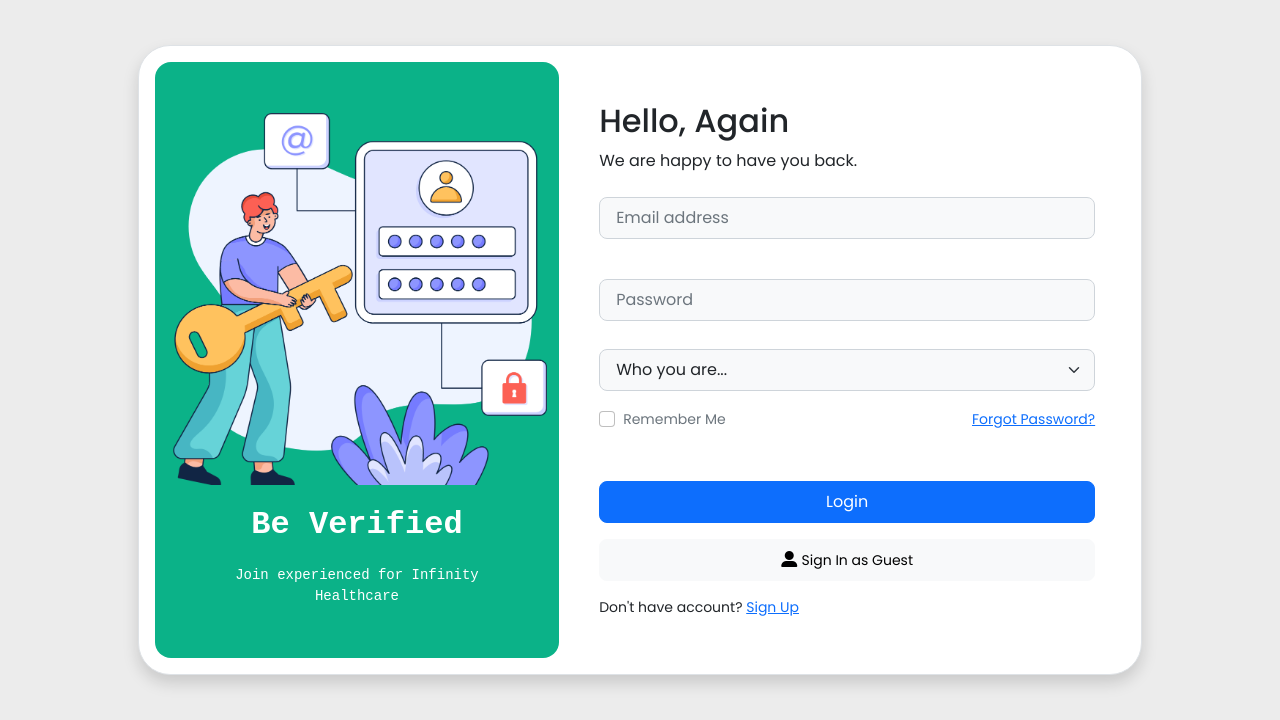
Repository: theonlymono/FitfinityHealthcareWebsiteJ2EE
Page: http://localhost/Fitfinity/LogInPage.jsp
These files come from the project's save history. The page is drawn as it stood at one moment and after the next save; the edit follows.
The browser window is 1280 px wide. The pictures show the whole page.
The page is served by Tomcat 9.

Above is the page before, as saved 2024-02-24 11:18:11.

After the next save:
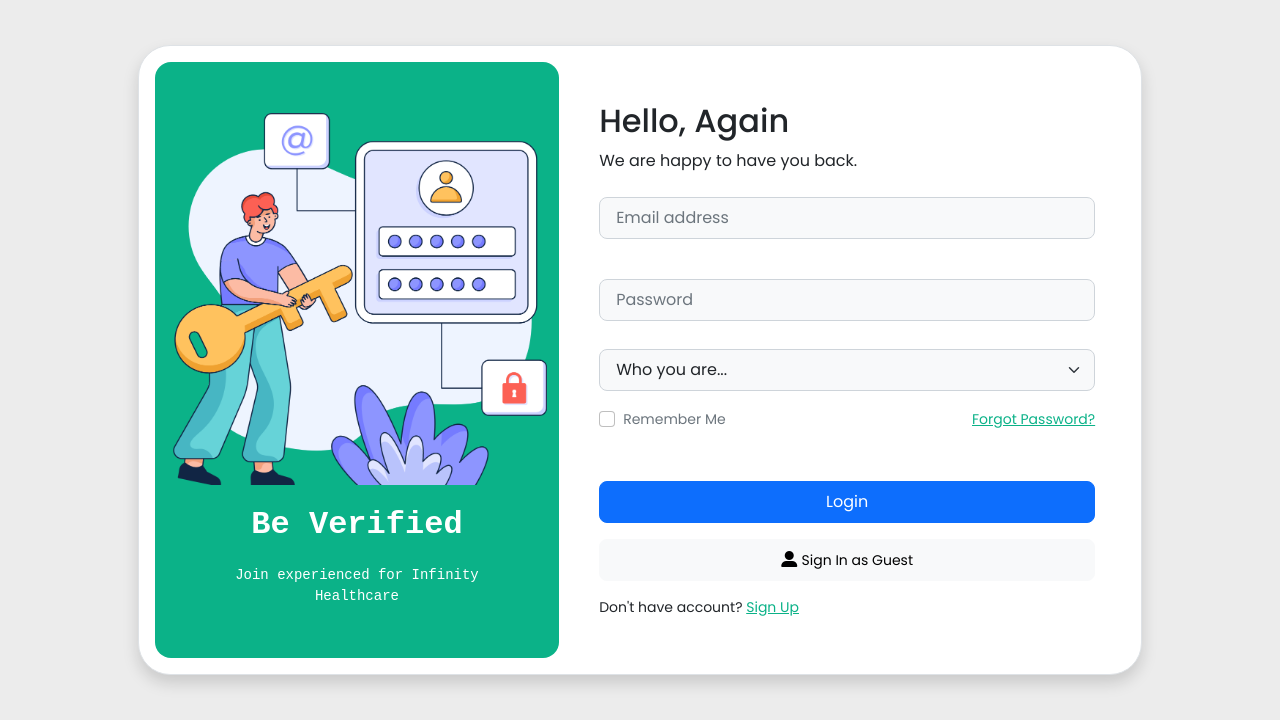
Saved 15 s later.
--- a/fitfinity/Fitfinity/WebContent/assets/css/signInCSS.css
+++ b/fitfinity/Fitfinity/WebContent/assets/css/signInCSS.css
@@ -12,7 +12,7 @@ body{
 }
 
 a{
-	color: ;
+	color: #0bb288;
 }
 
 /*------------ Right box ------------*/
